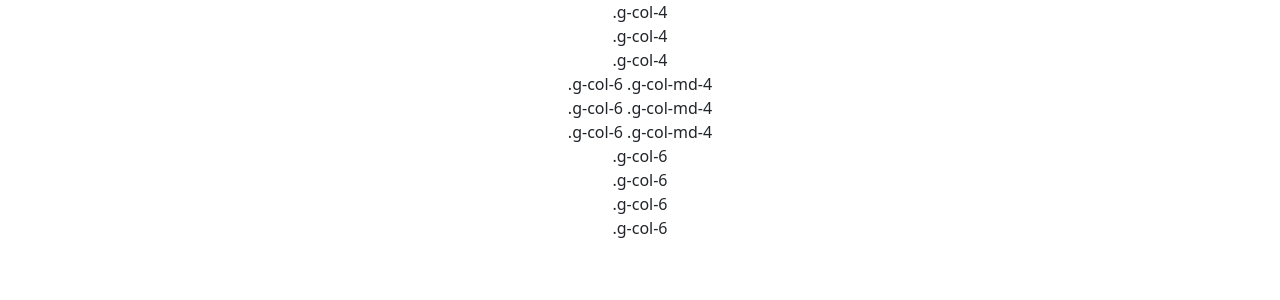
Repository: arunyerram/Web-TEChnologies
Page: grid.html
An editor plug-in stored every save of this project. The page is shown before and after the next save, followed by the edit.
The browser window is 1280 px wide. The pictures show the whole page.

Above is the page before, as saved 2025-02-25 12:32:04.

After the next save:
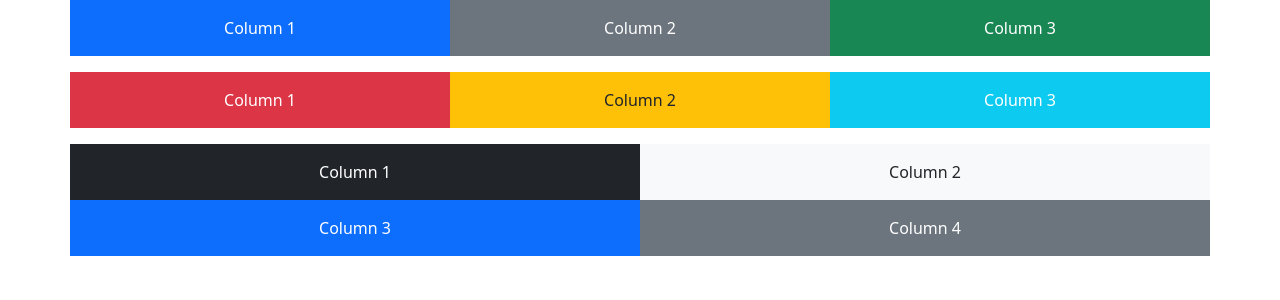
Saved 8 min 35 s later.
--- a/grid.html
+++ b/grid.html
@@ -3,29 +3,33 @@
 <head>
     <meta charset="UTF-8">
     <meta name="viewport" content="width=device-width, initial-scale=1.0">
-    <title>Document</title>
+    <title>Bootstrap Grid Example</title>
     <link href="https://cdn.jsdelivr.net/npm/bootstrap@5.3.3/dist/css/bootstrap.min.css" rel="stylesheet" integrity="sha384-QWTKZyjpPEjISv5WaRU9OFeRpok6YctnYmDr5pNlyT2bRjXh0JMhjY6hW+ALEwIH" crossorigin="anonymous">
     <script src="https://cdn.jsdelivr.net/npm/bootstrap@5.3.3/dist/js/bootstrap.bundle.min.js" integrity="sha384-YvpcrYf0tY3lHB60NNkmXc5s9fDVZLESaAA55NDzOxhy9GkcIdslK1eN7N6jIeHz" crossorigin="anonymous"></script>
 </head>
 <body>
-    <div class="grid text-center">
-        <div class="g-col-4">.g-col-4</div>
-        <div class="g-col-4">.g-col-4</div>
-        <div class="g-col-4">.g-col-4</div>
-      </div>
+    <div class="container text-center">
+        <!-- First row -->
+        <div class="row">
+            <div class="col-4 bg-primary text-white p-3">Column 1</div>
+            <div class="col-4 bg-secondary text-white p-3">Column 2</div>
+            <div class="col-4 bg-success text-white p-3">Column 3</div>
+        </div>
 
-      <div class="grid text-center">
-        <div class="g-col-6 g-col-md-4">.g-col-6 .g-col-md-4</div>
-        <div class="g-col-6 g-col-md-4">.g-col-6 .g-col-md-4</div>
-        <div class="g-col-6 g-col-md-4">.g-col-6 .g-col-md-4</div>
-      </div>
+        <!-- Second row -->
+        <div class="row mt-3">
+            <div class="col-6 col-md-4 bg-danger text-white p-3">Column 1</div>
+            <div class="col-6 col-md-4 bg-warning text-dark p-3">Column 2</div>
+            <div class="col-6 col-md-4 bg-info text-white p-3">Column 3</div>
+        </div>
 
-      <div class="grid text-center">
-        <div class="g-col-6">.g-col-6</div>
-        <div class="g-col-6">.g-col-6</div>
-
-        <div class="g-col-6">.g-col-6</div>
-        <div class="g-col-6">.g-col-6</div>
-      </div>
+        <!-- Third row -->
+        <div class="row mt-3">
+            <div class="col-6 bg-dark text-white p-3">Column 1</div>
+            <div class="col-6 bg-light text-dark p-3">Column 2</div>
+            <div class="col-6 bg-primary text-white p-3">Column 3</div>
+            <div class="col-6 bg-secondary text-white p-3">Column 4</div>
+        </div>
+    </div>
 </body>
 </html>
